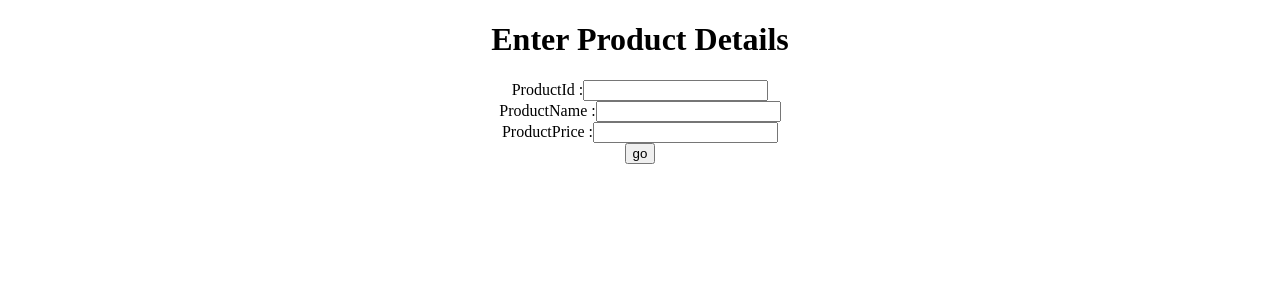
Repository: Vishu4401/FlyAway-An-Airline-Booking-Portal-
Page: Retrieving_the_Product_Details_Using_the_Product_ID/src/main/webapp/form.html
An editor plug-in stored every save of this project. The page is shown before and after the next save, followed by the edit.
The browser window is 1280 px wide. The pictures show the whole page.

Above is the page before, as saved 2022-08-23 03:22:45.

### Retrieving_the_Product_Details_Using_the_Product_ID/src/main/webapp/form.html
<!DOCTYPE html>
<html>
<head>
<meta charset="ISO-8859-1">
<title>Search Products based on Product ID</title>
</head>
<body>
<center>
<h1>Enter Product Details</h1>
<form action="set.jsp">
 ProductId      :<input type="text" name="id"><br>
  ProductName   :<input type="text" name="name"><br>
  ProductPrice  :<input type="text" name="price"><br>
<input type="submit" value="go"><br/>
</form>

</center>
</body>
</html>

After the next save:
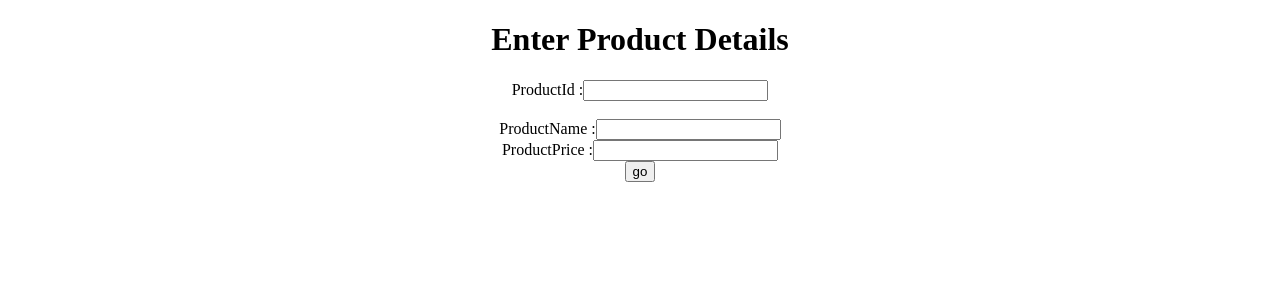
Saved 38 min 34 s later.
--- a/Retrieving_the_Product_Details_Using_the_Product_ID/src/main/webapp/form.html
+++ b/Retrieving_the_Product_Details_Using_the_Product_ID/src/main/webapp/form.html
@@ -8,7 +8,8 @@
 <center>
 <h1>Enter Product Details</h1>
 <form action="set.jsp">
- ProductId      :<input type="text" name="id"><br>
+
+ ProductId      :<input type="text" name="id"><br/><br/>
   ProductName   :<input type="text" name="name"><br>
   ProductPrice  :<input type="text" name="price"><br>
 <input type="submit" value="go"><br/>
